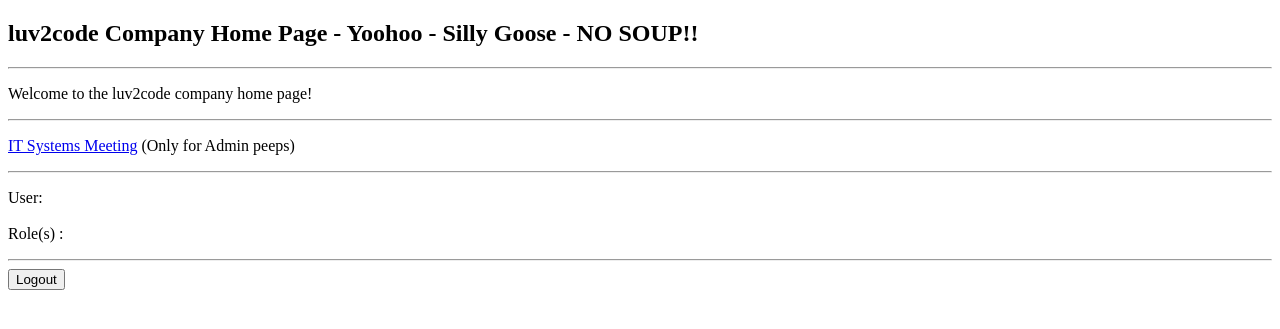
Repository: shinjuno123/spring-security
Page: http://localhost/spring-security-demo-07-user-roles/WEB-INF/view/home.jsp
The author's editor kept a copy of each file at every save. The page is drawn from the files as they stood at one save, then again after the next save.
The browser window is 1280 px wide. The pictures show the whole page.
The page is served by Tomcat 9. Nobody is signed in. Other server files are loaded and not shown. The template is opened directly, without the code that normally fills it, so the values that code supplies are empty.

Above is the page before, as saved 2023-01-12 10:47:04.

### spring-security-demo-07-user-roles/src/main/webapp/WEB-INF/view/home.jsp
<%@ taglib prefix="form" uri="http://www.springframework.org/tags/form"%>
<%@ taglib prefix="security" uri="http://www.springframework.org/security/tags"%>

<!DOCTYPE html>
<html>
<head>
	<title>luv2code Company Home Page</title>
</head>
<body>
	<h2>luv2code Company Home Page - Yoohoo - Silly Goose - NO SOUP!!</h2>
	<hr>

	<p>
	Welcome to the luv2code company home page!
	</p>

	<hr>

	<security:authorize access="hasRole('MANAGER')">

	<!-- Add a link to point to /leaders ... this is for the managers -->
	<p>
		<a href="${pageContext.request.contextPath}/leaders">LeaderShip Meeting</a>
		(Only for manager peeps)
	</p>

	</security:authorize>

	<!-- Add a link to point to /systems ... this is for the admins -->
	<p>
		<a href="${pageContext.request.contextPath}/systems">IT Systems Meeting</a>
		(Only for Admin peeps)
	</p>

	<hr>

	<!-- display user name and role -->
	<p>
		User: <security:authentication property="principal.username"/>
		<br><br>
		Role(s) : <security:authentication property="principal.authorities"/>
	</p>

	<hr>

	<!-- Add a logout button -->
	<form:form action="${pageContext.request.contextPath}/logout" method="POST">
		<input type="submit" value="Logout" />
	</form:form>

</body>
</html>

After the next save:
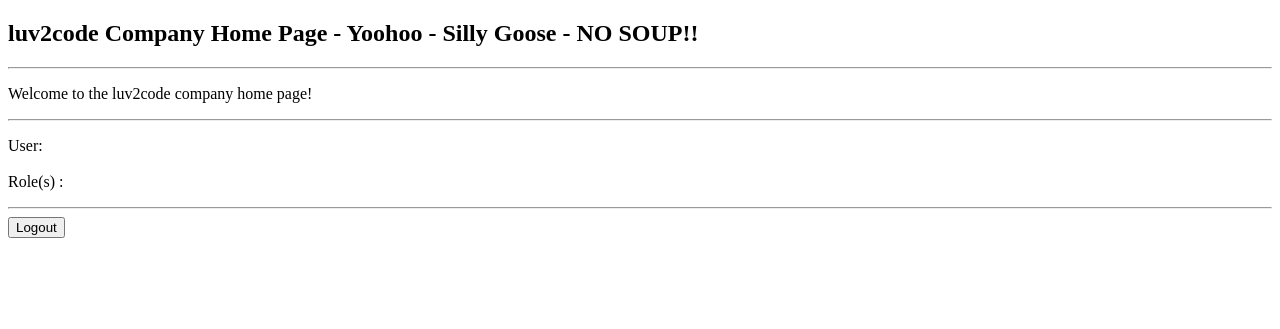
Saved 30 s later.
--- a/spring-security-demo-07-user-roles/src/main/webapp/WEB-INF/view/home.jsp
+++ b/spring-security-demo-07-user-roles/src/main/webapp/WEB-INF/view/home.jsp
@@ -26,6 +26,8 @@
 
 	</security:authorize>
 
+	<security:authorize access="hasRole('ADMIN')">
+
 	<!-- Add a link to point to /systems ... this is for the admins -->
 	<p>
 		<a href="${pageContext.request.contextPath}/systems">IT Systems Meeting</a>
@@ -33,6 +35,8 @@
 	</p>
 
 	<hr>
+
+	</security:authorize>
 
 	<!-- display user name and role -->
 	<p>
